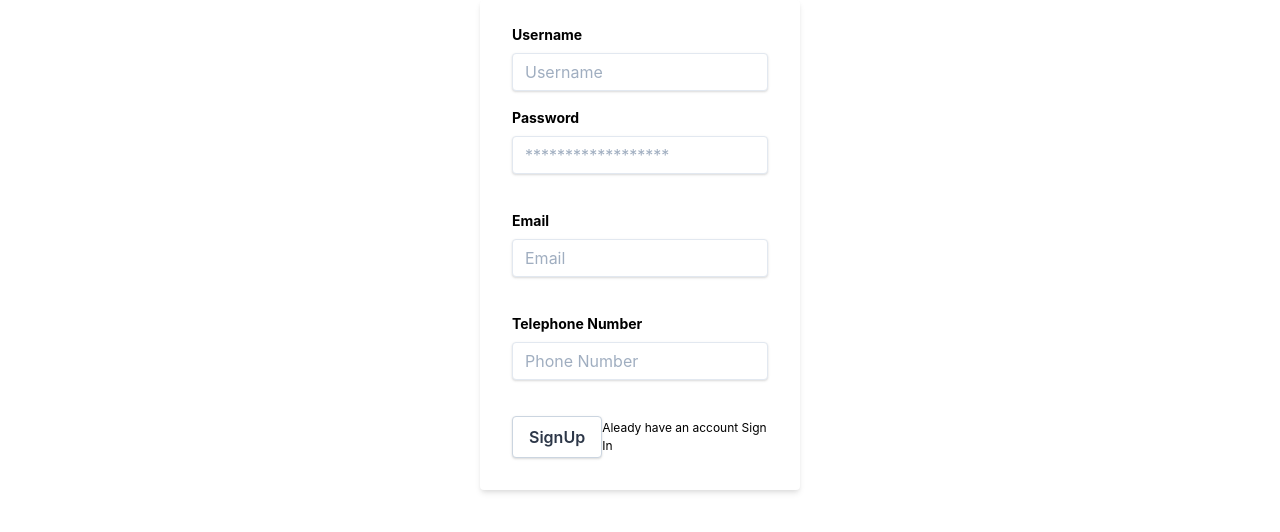
Repository: tzs34/amplifyLogin
Page: /signup
The author's editor kept a copy of each file at every save. The page is drawn from the files as they stood at one save, then again after the next save.
The browser window is 1280 px wide. The pictures show the whole page.
The project was rebuilt for these pictures with package versions that can differ from the ones it lists, and the page was loaded fresh each time. Also part of the build but not shown: src/components/Views/HomePage.js, src/services/AWSService.js, src/components/Form/form-utils.js, src/components/Alerts/Error.js, src/components/Auth/LoginForm.js, src/components/Routes/PrivateRoute.js, src/App.css.

Above is the page before, as saved 2019-12-09 15:59:11.

After the next save:
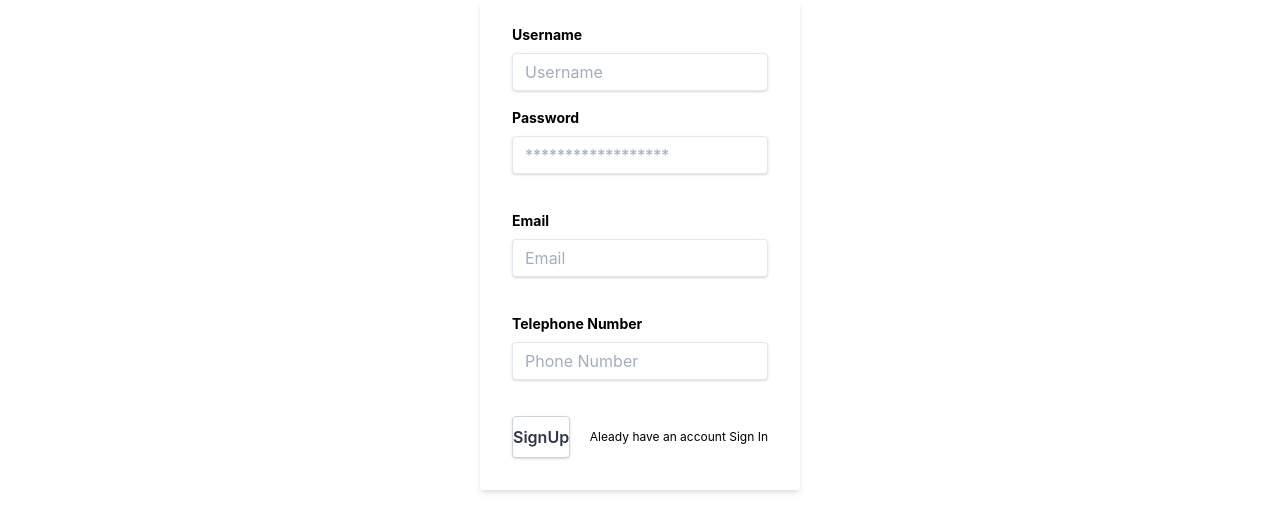
Saved 26 s later.
--- a/src/components/Form/FormButton.js
+++ b/src/components/Form/FormButton.js
@@ -3,7 +3,7 @@ import React from 'react'
 const noop = () => {}
 const FormButton = ({ label, type, onClick = noop }) => (
   <button
-    className="bg-white hover:bg-gray-100 text-gray-800 font-semibold py-2 px-4 border border-gray-400 rounded shadow"
+    className="bg-white hover:bg-gray-100 text-gray-800 font-semibold py-2  border border-gray-400 rounded shadow"
     type={type}
     onClick={onClick}
   >
